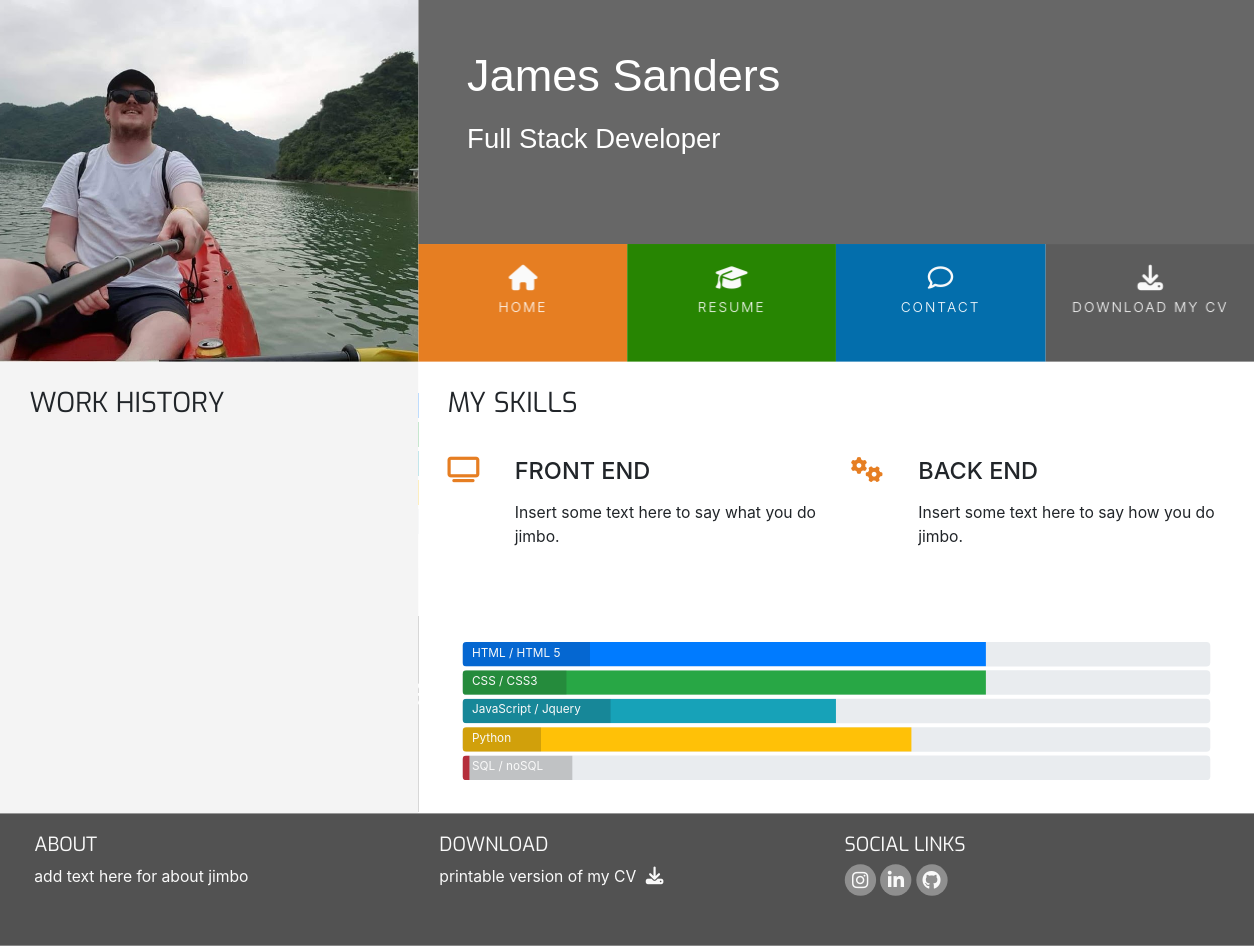
Repository: JaySanders95/my-online-resume
Page: resume.html
These files come from the project's save history. The page is drawn as it stood at one moment and after the next save; the edit follows.
The browser window is 1280 px wide. The pictures show the whole page, at 98% of full size.
Some web fonts or font styles are not loaded; a fallback is used. Some web libraries are served in a nearby version.

Above is the page before, as saved 2023-04-19 22:09:25.

### resume.html
<!DOCTYPE html>
<html lang="en">
<head>
    <meta charset="UTF-8">
    <meta http-equiv="X-UA-Compatible" content="IE=edge">
    <meta name="viewport" content="width=device-width, initial-scale=1.0">
    <link rel="stylesheet" href="https://cdn.jsdelivr.net/npm/@fortawesome/fontawesome-free@6.2.1/css/fontawesome.min.css" integrity="sha384-QYIZto+st3yW+o8+5OHfT6S482Zsvz2WfOzpFSXMF9zqeLcFV0/wlZpMtyFcZALm" crossorigin="anonymous">
    <link rel="stylesheet" href="https://cdn.jsdelivr.net/npm/bootstrap@4.6.2/dist/css/bootstrap.min.css" integrity="sha384-xOolHFLEh07PJGoPkLv1IbcEPTNtaed2xpHsD9ESMhqIYd0nLMwNLD69Npy4HI+N" crossorigin="anonymous">
    <link rel="stylesheet" href="assets/css/style.css">
    <link rel="stylesheet" href="https://cdnjs.cloudflare.com/ajax/libs/hover.css/2.3.1/css/hover-min.css" integrity="sha512-csw0Ma4oXCAgd/d4nTcpoEoz4nYvvnk21a8VA2h2dzhPAvjbUIK6V3si7/g/HehwdunqqW18RwCJKpD7rL67Xg==" crossorigin="anonymous" referrerpolicy="no-referrer" />
    <title>James Sanders' Resume</title>
</head>
<body>
    <header>
        <div class="row no-gutters">
            <a href="index.html" class="col-md-4 logo">

            </a>
            <div class="col-md-8">
                <div class="row bg-color-name-title no-gutters">
                    <div class="col heading">
                        <h1 class="name">James Sanders</h1>
                        <h2 class="title">Full Stack Developer</h2>

                    </div>
                </div>
                <div class="row no-gutters">
                    <div class="col">
                        <ul id="nav" class="list-inline menucontainer">
                            <li class="col-6 col-sm-3 ui-menu-color-home list-inline-item menuitem">
                                <a href="#" class="hvr-bounce-to-bottom"><i class="fa fa-home" aria-hidden="true"></i><span>Home</span></a>
                            </li>
                            <li class="col-6 col-sm-3 ui-menu-color-resume list-inline-item menuitem">
                                <a href="#" class="hvr-bounce-to-bottom"><i class="fa fa-graduation-cap" aria-hidden="true"></i><span>Resume</span></a>
                            </li>
                            <li class="col-6 col-sm-3 ui-menu-color-contact list-inline-item menuitem">
                                <a href="#" class="hvr-bounce-to-bottom"><i class="fa fa-comment-o" aria-hidden="true"></i><span>Contact</span></a>
                            </li>
                            <li class="col-6 col-sm-3 ui-menu-color-download list-inline-item menuitem">
                                <a href="#" class="hvr-bounce-to-bottom"><i class="fa fa-download" aria-hidden="true"></i><span>Download my CV</span></a>
                            </li>
                        </ul>
                    </div>
                </div>
            </div>
        </div>
    </header>
    <section class="container-fluid">
        <div class="row">
            <div class="col-md-4 bg-color-personal-info section-column">
                <div class="row">
                    <div class="col-12">
                        <h3 class="section-heading uppercase">
                            Work History
                        </h3>
                    </div>
                </div>

            </div>
            <div class="col-md-8 bg-color-three-reasons section-column">
                <div class="row">
                    <div class="col">
                        <h3 class="section-heading uppercase">My Skills</h3>
                    </div>
                </div>
                <div class="row">
                    <div class="col-10 offset-1 offset-sm-0 col-sm-4 col-md-6">
                        <div class="row">
                            <div class="col-2">
                                <i class="three-reasons-icon fa fa-tv" aria-hidden="true"></i>
                            </div>
                            <div class="col-10">
                                <h4 class="three-reasons-heading uppercase">Front End</h4>
                                <p>
                                    Insert some text here to say what you do jimbo.
                                </p>
                            </div>
                        </div>
                    </div>
                    <div class="col-10 offset-1 offset-sm-0 col-sm-4 col-md-6">
                        <div class="row">
                            <div class="col-2">
                                <i class="three-reasons-icon fa fa-gears" aria-hidden="true"></i>
                            </div>
                            <div class="col-10">
                                <h4 class="three-reasons-heading uppercase">Back end</h4>
                                <p>
                                    Insert some text here to say how you do jimbo.
                                </p>
                            </div>
                        </div>
                    </div>

                </div>
                <div class="row progress-section">

                </div>
                <div class="col">
                    <div class="progress">
                        <div class="progress-bar" role="progressbar" #
                        aria-valuenow="70" aria-valuemin="0" aria-valuemax="100" style="width:70%">
                        <span class="sr-only"> 70% complete</span>
                        </div>
                        <span class="progress-type">HTML / HTML 5</span>
                    </div>
                    <div class="progress">
                        <div class="progress-bar bg-success" role="progressbar" #
                        aria-valuenow="70" aria-valuemin="0" aria-valuemax="100" style="width:70%">
                        <span class="sr-only"> 70% complete</span>
                        </div>
                        <span class="progress-type">CSS / CSS3</span>
                    </div>
                    <div class="progress">
                        <div class="progress-bar bg-info" role="progressbar" #
                        aria-valuenow="50" aria-valuemin="0" aria-valuemax="100" style="width:50%">
                        <span class="sr-only"> 50% complete</span>
                        </div>
                        <span class="progress-type">JavaScript / Jquery</span>
                    </div>
                    <div class="progress">
                        <div class="progress-bar bg-warning" role="progressbar" #
                        aria-valuenow="60" aria-valuemin="0" aria-valuemax="100" style="width:60%">
                        <span class="sr-only"> 60% complete</span>
                        </div>
                        <span class="progress-type">Python</span>
                    </div>
                    <div class="progress">
                        <div class="progress-bar bg-danger" role="progressbar" #
                        aria-valuenow="1" aria-valuemin="0" aria-valuemax="100" style="width:1%">
                        <span class="sr-only"> 0% complete</span>
                        </div>
                        <span class="progress-type">SQL / noSQL</span>
                    </div>
                </div>
            </div>
        </div>

    </section>
    <footer class="container-fluid">
        <div id="footer-details" class="row">
            <div class="col-sm-4">
                <h5 class="uppercase general-sub">About</h5>
                <p class="inline-block"> add text here for about jimbo</p>
            </div>
            <div class="col-sm-4">
                <h5 class="uppercase general-sub">Download</h5>
                <p class="inline-block"> printable version of my CV</p>
                <a href="#" target="_blank" class="cv-pdf">
                    <i class="fa fa-download" aria-hidden="true"></i>
                    <span class="sr-only">Download link.</span>
                </a>
            </div>
            <div class="col-sm-4">
                <h5 class="uppercase general-sub">Social links</h5>
                <ul class="list-inline social-links">
                    <li class="list-inline-item">
                        <a target="_blank" href="#">
                            <i class="fa fa-instagram"></i>
                            <span class="sr-only">Instagram</span>
                        </a>
                    </li>
                    <li class="list-inline-item">
                        <a target="_blank" href="#">
                            <i class="fa fa-linkedin"></i>
                            <span class="sr-only">LinkedIn</span>
                        </a>
                    </li>
                    <li class="list-inline-item">
                        <a target="_blank" href="#">
                            <i class="fa-brands fa-github"></i>
                            <span class="sr-only">GitHub</span>

                        </a>
                    </li>
                </ul>
            </div>
        </div>

    </footer>
    <script src="https://kit.fontawesome.com/c80cd6a143.js" crossorigin="anonymous"></script>
</body>
</html>

### assets/css/style.css
@import url('https://fonts.googleapis.com/css2?family=Anuphan:100,200,300,400,500,600,700wght@300&family=Exo:100,200,300,400,500,600,700ital,wght@1,300&display=swap');


/* ------- Colours ---------*/

.bg-color-name-title {
    background-color:#676767;
}

.bg-color-three-reasons {
    background-color: #fff;
}

.bg-color-personal-info {
    background-color:#f4f4f4;
}

.ui-menu-color-home {
    background-color: #e67e22;
}

.ui-menu-color-resume {
    background-color: #278502;
}

.ui-menu-color-contact {
    background-color: #036eac;
}

.ui-menu-color-download {
    background-color: #5c5c5c;
}

.bg-color-work-history {
    background-color: #278502;
}

/* ------- Special paddings/margins/text ---------*/

h1,h2,h3,h4 {
    margin: 0;
}

.uppercase {
    text-transform: uppercase;
}

.general-sub {
    font-family: 'Exo', sans-serif;
    font-weight: 300;
    color: #fafafa;
}

.inline-block {
    display: inline-block;
}

.row-table {
    display: table;

}
.section-column {
    display: table-cell;
    padding: 0 30px 30px;
    float: none;
}

.section-heading {
    font-family: 'Exo', sans-serif;
    font-weight: 300;
    margin-top: 25px;
    margin-bottom: 40px;
}

/* ------- Headers ---------*/
header {
    margin: 0;
}

.heading {
    margin-left: 50px;
}

.logo {
    background: url(../images/me.png);
    background-position: center;
    background-repeat: no-repeat;
    background-size: cover;
    min-height: 360px;
    transition: all .5s ease-in-out;
    -moz-transition: all .5s ease-in-out;
    -webkit-transition: all .5s ease-in-out;
}

.name {
    font-family: 'Anuphan', sans-serif;
    font-weight: 100;
    font-size: 46px;
    margin-top: 50px;
    color: #fff;
}

.title {
    font-family: 'Anuphan', sans-serif;
    font-weight: 200;
    font-size: 28px;
    margin-top: 20px;
    margin-bottom: 90px;
    color: #fff;
}

.list-inline-item:not(:last-child) {
    margin: 0;
}

.menucontainer {
    font-size: 0;
}

#nav li {
    font-size: 14px;
    padding: 0;
}

#nav {
    margin: 0;
}

.menuitem {
    height: 120px;
    text-align: center;
    padding: 0;

}

.menuitem a {
    width: 100%;
    text-decoration: none;
    color: #fff;
    height: 120px;
}

.menuitem a i {
    display: block;
    padding-top: 22px;
    color: #fafafa;
    font-size: 26px;
}

.menuitem span {
    display: block;
    width: 100%;
    padding-top: 5px;
    text-align: center;
    text-transform: uppercase;
    font-size: 14px;
    font-weight: 300;
    letter-spacing: 2px;
}

/* ------- Hover.css ---------*/

.hvr-bounce-to-bottom:before {
    background: rgba(0, 0, 0, 0.3) !important;
    height: 120px;

}

/* ------- Footer ---------*/

footer {
    background-color: #525252;
    color: #fafafa;
    min-height: 120px;
}

.cv-pdf i {
    font-size: 18px;
    color: #fafafa;
    text-align: center;
    padding-left: 5px;
    transition: all 0.35s ease-in-out;
    -moz-transition: all 0.35s ease-in-out;
    -webkit-transition: all 0.35s ease-in-out;
    -o-transition: all 0.35s ease-in-out;
}

.cv-pdf i:hover {
    color: #e84610;
}

.social-links {
    padding-bottom: 15px;
}

.social-links li a i {
    width: 32px;
    height: 32px;
    padding: 7px 0;
    border-radius: 50%;
    font-size: 19px;
    text-align: center;
    color: #fafafa;
    background: #8f8f8f;
    transition: all 0.35s ease-in-out;
    -moz-transition: all 0.35s ease-in-out;
    -webkit-transition: all 0.35s ease-in-out;
    -o-transition: all 0.35s ease-in-out;
}

.social-links li a i:hover {
    background-color: #e84610;
}

#footer-details {
    padding: 20px;
}

/* ------- 3 Reasons ---------*/

.three-reasons-icon {
    font-size: 26px;
    color: #e67e22;
}

.three-reasons-heading {
    margin-bottom: 15px;
}

/* ------- Personal Info ---------*/

.personal-info-item {
    margin-bottom: 20px;
    display: block;
    clear: both;
}

.personal-info-item .key,
.personal-info-item .value {
    padding: 8px;
    display: inline-block;

}

.personal-info-item .key p,
.personal-info-item .value p {
    margin: 0;
}

.personal-info-item .key {
    width: 30%;
    margin-right: 21px;
    padding-top: 2px;
    vertical-align: top;
}

.personal-info-item .key p {
    font-weight: 700;


}

.personal-info-item .value {
    position: relative;
    width: 60%;

}

/* ------- Skills ---------*/

.progress {
    line-height: normal;
    position: relative;
    height: 25px;
    margin-bottom: 4px;
}

.progress-type {
    position: absolute;
    left: 0px;
    font-weight: 400;
    padding: 3px 30px 2px 10px;
    color: #fafafa;
    background-color: rgba(25, 25, 25, 0.2);
    height: inherit;
}

.progress-section {
    margin: 40px 20px;
}

After the next save:
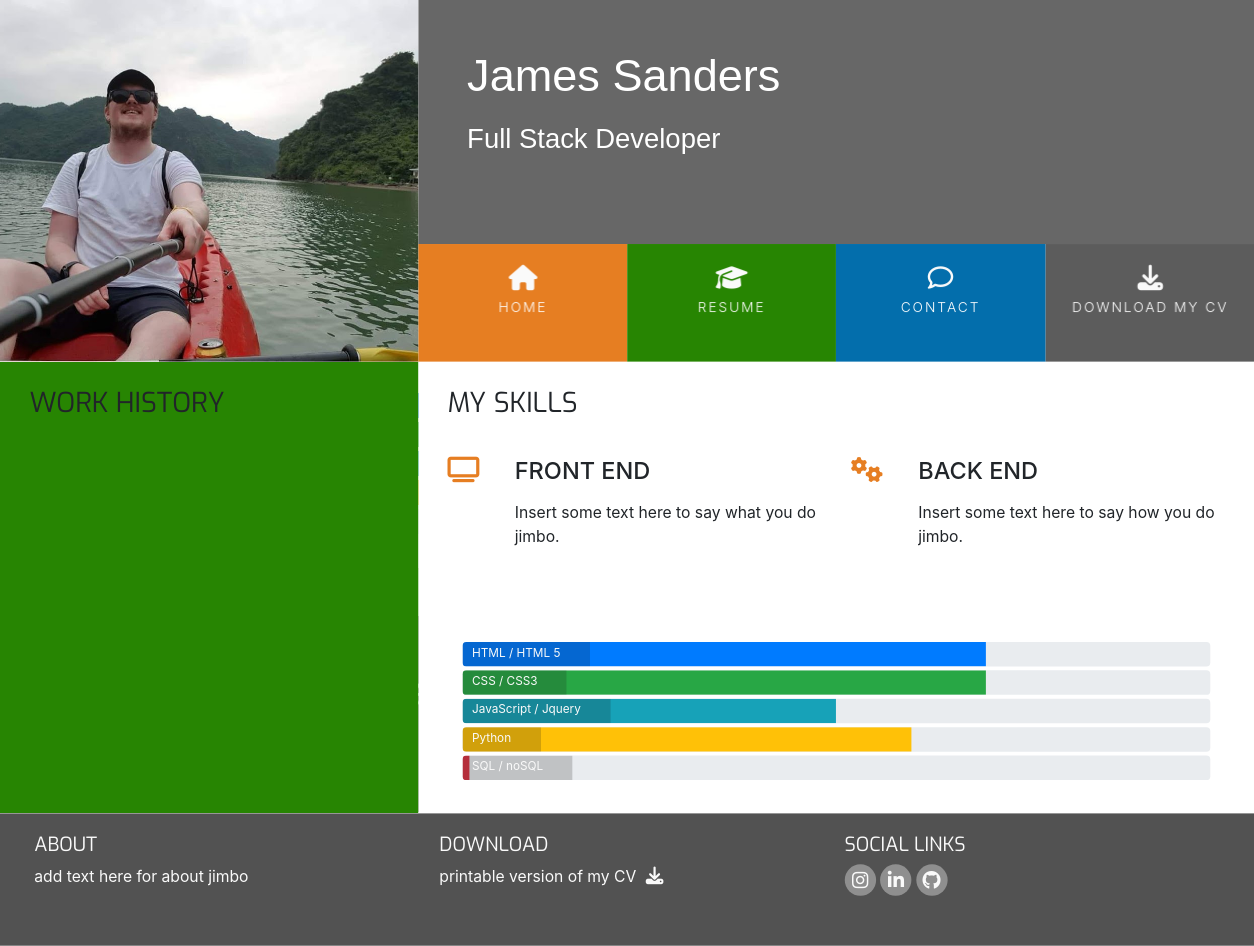
Saved 18 s later.
--- a/resume.html
+++ b/resume.html
@@ -47,7 +47,7 @@
     </header>
     <section class="container-fluid">
         <div class="row">
-            <div class="col-md-4 bg-color-personal-info section-column">
+            <div class="col-md-4 bg-color-work-history section-column">
                 <div class="row">
                     <div class="col-12">
                         <h3 class="section-heading uppercase">
